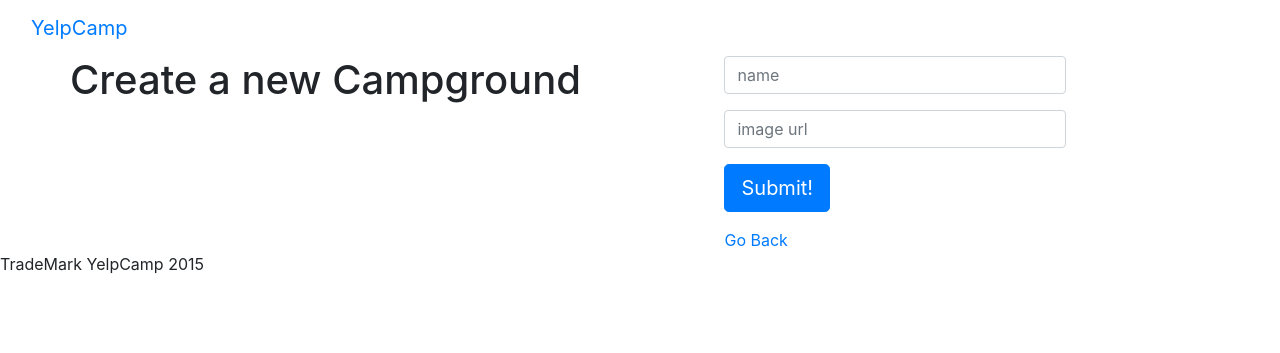
Repository: yshang0/WebDeveloperBootcamp
Page: http://localhost/campgrounds/new
The author's editor kept a record of every edit. The page is drawn from the files as they stood at one moment, then again after the next edit.
The browser window is 1280 px wide. The pictures show the whole page.
The page is served by the project's Node server (YelpCamp/v1/app.js).

Above is the page before.

After the next edit:
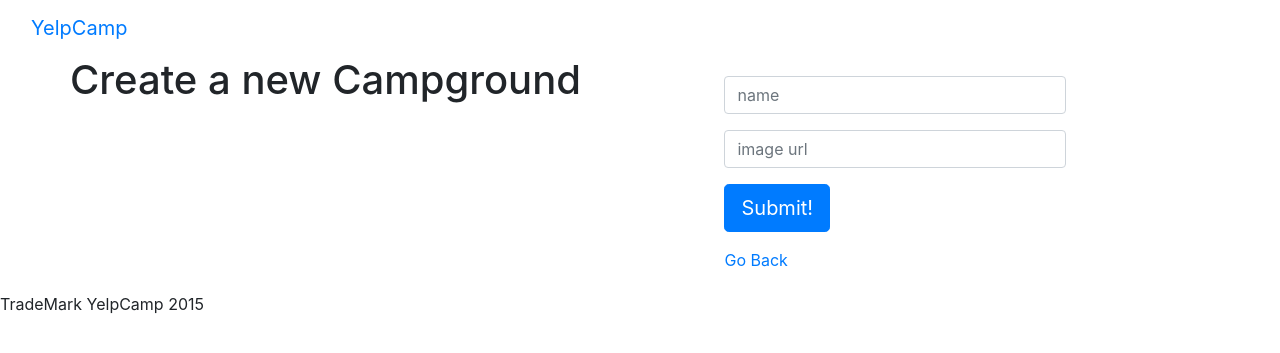
The edit:
--- a/PhotoShow/YelpCamp/v1/views/new.ejs
+++ b/PhotoShow/YelpCamp/v1/views/new.ejs
@@ -2,7 +2,7 @@
 <div class="container">
     <div class="row">
         <h1 style="text-align: center">Create a new Campground</h1>
-        <div style="width: 30%; margin: 0 auto;">
+        <div style="width: 30%; margin: 20px auto;">
 
         <form action="/campgrounds" method="POST">
             <div class="form-group">
